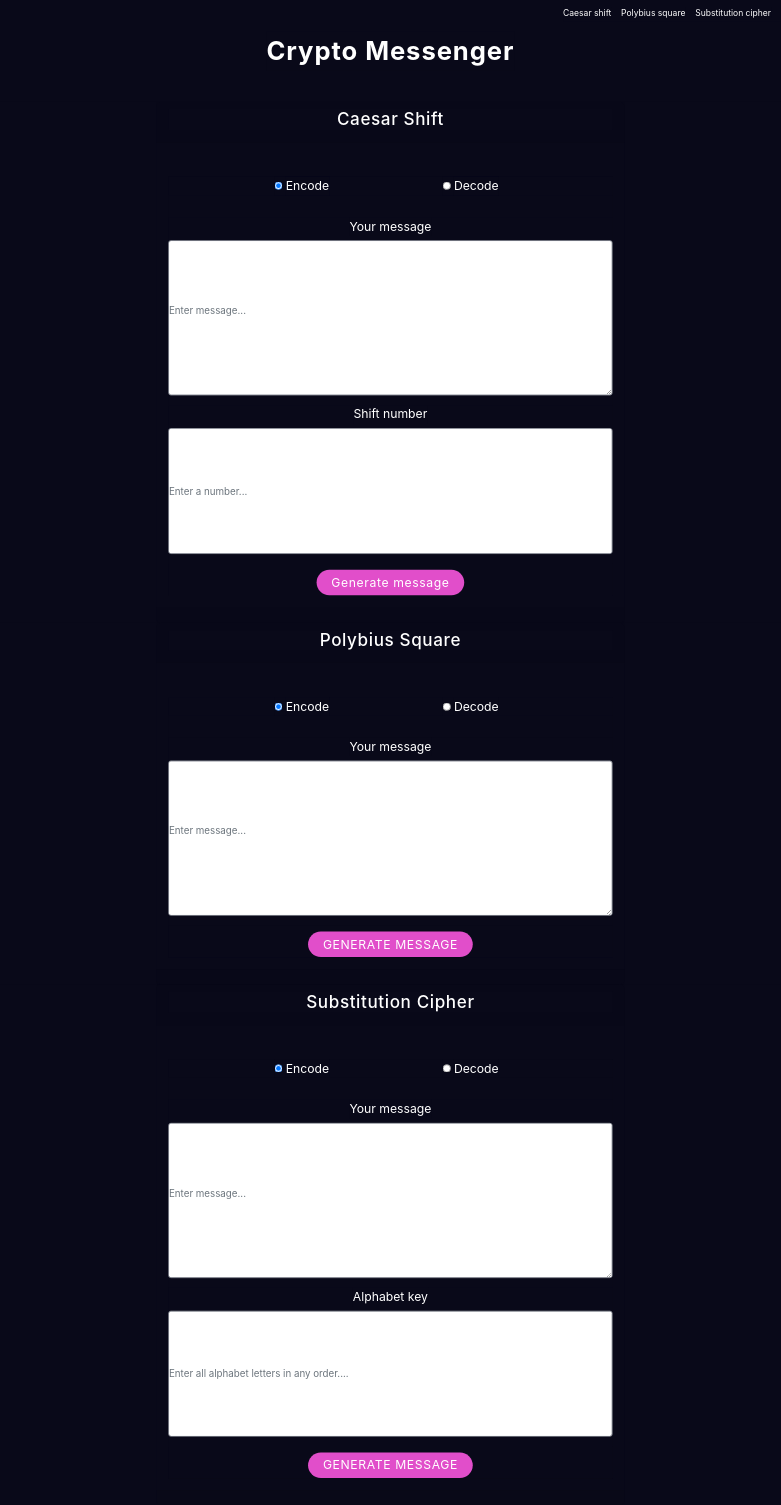
Repository: Rthompson2548/Project-Decoder-Ring
Page: index.html
The author's editor kept a copy of each file at every save. The page is drawn from the files as they stood at one save, then again after a run of saves.
The browser window is 1280 px wide. The pictures show the whole page, at 61% of full size.

Above is the page before, as saved 2022-04-09 20:27:35.

After the next 2 saves:
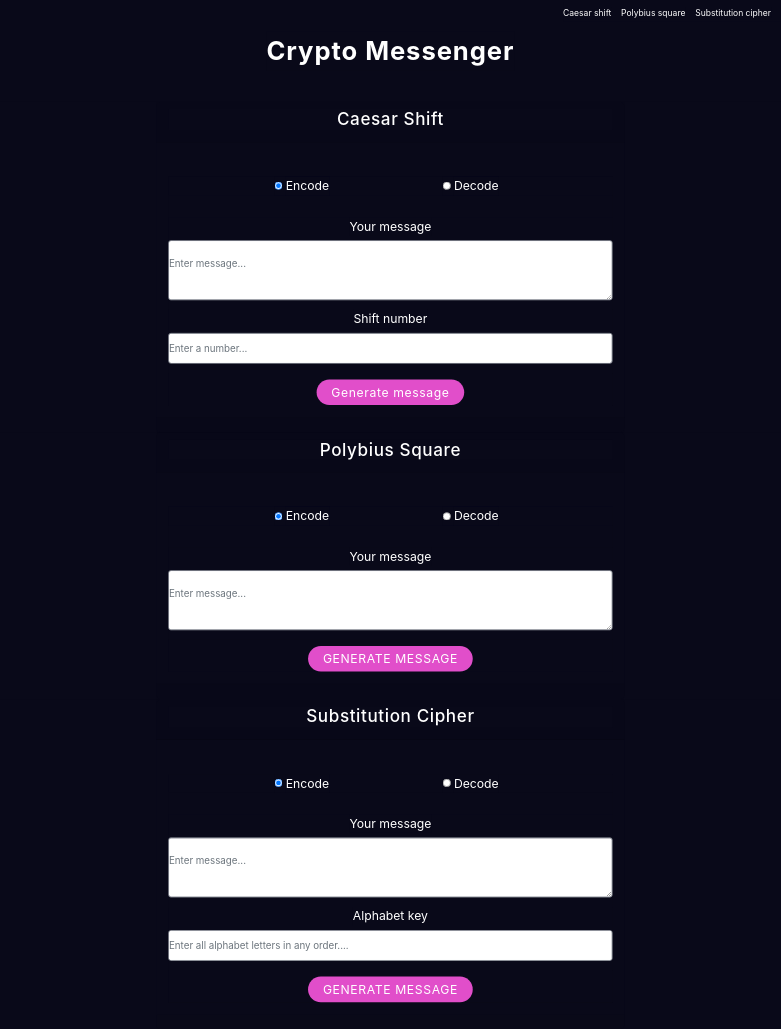
The 2 saves are shown as one change because they came seconds apart.
The last was saved 9 s later.
--- a/index.css
+++ b/index.css
@@ -14,7 +14,7 @@ html, body, #page {
 input, textarea {
   font-size: 16px !important;
   border-radius: 15px;
-  padding: 102px 0 !important;
+  padding: 24px 0 !important;
 }
 
 .page-content {
